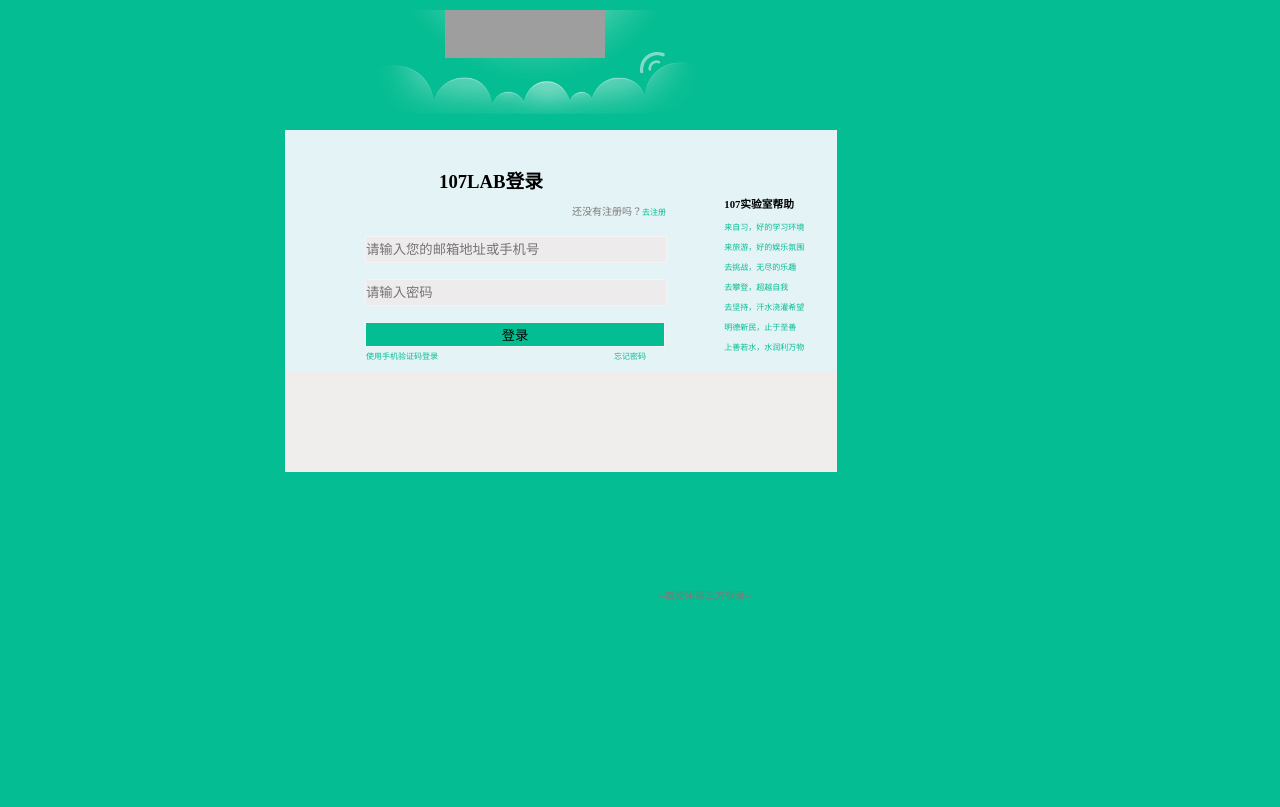
Repository: zz-yy/2023_homework
Page: 第一次考核作业/mazehua/index.html
An editor plug-in stored every save of this project. The page is shown before and after the next save, followed by the edit.
The browser window is 1280 px wide. The pictures show the whole page.
Pictures or frames that could not be fetched are drawn as grey boxes.

Above is the page before, as saved 2024-04-05 15:04:04.

### 第一次考核作业/mazehua/index.html
<!DOCTYPE html>
<html lang="en">

<head>
    <meta charset="UTF-8">
    <meta http-equiv="X-UA-Compatible" content="IE=edge">
    <meta name="viewport" content="width=device-width, initial-scale=1.0">
    <title>107LAB登录</title>
    <!--引入css样式表-->
    <link rel="stylesheet" href="index.css">
    <!--引入图标样式-->
    <link rel="stylesheet" href="./iconfont.css">

</head>

<body>

    <div class="logbj">
        <div class="logo"><img src="./images/logo.png"></div><br>
    </div>

    <div class="login">
        <ul class="left">
            <li>

                    <h3>107LAB登录</h3>
                    <span class="tishi">还没有注册吗？<a href="#">去注册</a></span>



                <form action="#">
                    <input type="text" placeholder="请输入您的邮箱地址或手机号" name="text"><br>
                    <input type="password" placeholder="请输入密码" name="psd"><br>
                    <input class="sub" type="submit" value="登录">
                </form>
                <div class="forget"><span class="L"><a href="#">使用手机验证码登录</a> </span> <span class="R"><a
                            href="#">忘记密码</a></span></div>
            </li>
        </ul>
        <ul class="right">
            <li>
                <h6>107实验室帮助</h6>
            </li>
            <li> <a href="#">来自习，好的学习环境</a></li>
            <li> <a href="#">来旅游，好的娱乐氛围</a></li>
            <li><a href="#">去挑战，无尽的乐趣</a></li>
            <li><a href="#">去攀登，超越自我</a></li>
            <li><a href="#">去坚持，汗水浇灌希望</a></li>
            <li><a href="#">明德新民，止于至善</a></li>
            <li><a href="#">上善若水，水润利万物</a></li>
        </ul>


    </div>
    <div class="third">
        <ul class="third-left">
            <li><span>--或使用第三方登录--</span></li>
            <li></li>
        </ul>
        <ul class="third-right"></ul>
    </div>

</body>

</html>

### 第一次考核作业/mazehua/index.css
* {
    margin: 0px;
    padding: 0px;
    user-select: none;
}

body {

    background: rgb(5, 189, 146);
    float: left;

}

.logbj {
    background-image: url(/images/bg_reg_wave.png);
    background-repeat: no-repeat;
    background-size: 500px;

    width: 550px;
    height: 100px;
    margin: 10px 50%;

    padding: 10px 10px;
}

.logo {
    height: 60px;
    width: 200px;
    margin: 10px 120px;

}

.logo img {
    width: 80%;
    height: 80%;
    position: relative;
    left: 30px;
    top: -20px;
}

.login {
    display: flex;
    height: 250px;
    width: 550px;
    margin: -10px 50%;
    padding: 1px;
    background: #e3f3f6;

}

h3 {
    text-align: center;

}

li {
    width: 90px;
    height: 10px;
    list-style: none;
    position: relative;
    margin: 10px;
}

a {
    text-decoration: none;

}

.tishi {
    float: right;
    font-size: 10px;
    color: #7e7979;
    margin: 10px 0px;
}

a {
    font-size: 8px;
    color: rgb(5, 189, 146);
}

.left {
    width: 400px;
    height: 220px;
    margin: 20px 10px;
    float: left;
    padding: 5px 10px;
}

.left li {
    width: 350px;
    height: 200px;
    margin: 10px 10px;
    float: left;
}

form {
    height: 140px;
    width: 330px;
    margin: 10px 40px;
    padding: 1px;


}

input {
    margin: 8px;
    width: 300px;
    height: 25px;
    outline-style: none;
    background: rgb(237, 235, 235);
    border: 1px solid rgb(245, 243, 243);
}

.sub {
    background: rgb(5, 189, 146);
}

.right {
    height: 220px;
    width: 120px;
    float: right;
    padding: 5px;
    margin: 50px 2.5px;
}

.forget {
    width: 280px;
    height: 20px;
    margin: -10px 50px;
}

.L {
    float: left;
}

.R {
    float: right;
}

.third {
    display: flex;
    width: 552px;
    height: 100px;
    background: rgb(240, 237, 237);
    position: relative;
    top: 0px;
    left: 50%;
    font-size: 10px;
    color: #7e7979;
    text-align: center;
}



.third-left {
    width: 400px;
    height: 80px;
    margin: 10px 10px;
    float: left;
    padding: 5px 10px;
}

.third-right {
    height: 80px;
    width: 120px;
    float: right;
    padding: 5px;
    margin: 10px 2.5px;
}
.third-left li{
    width: 400px;
    height: 10px;
    margin: 50% 50%;

}
.third span {
    text-align: center;
    width: 552px;
    height: 30px;
    padding: 10px;
}

### 第一次考核作业/mazehua/iconfont/iconfont.css
@font-face {
  font-family: "iconfont"; /* Project id  */
  src: url('iconfont.ttf?t=1712408906963') format('truetype');
}

.iconfont {
  font-family: "iconfont" !important;
  font-size: 16px;
  font-style: normal;
  -webkit-font-smoothing: antialiased;
  -moz-osx-font-smoothing: grayscale;
}

.icon-qq:before {
  content: "\e66a";
}

.icon-weixin:before {
  content: "\e633";
}

.icon-zhanghu:before {
  content: "\e62b";
}

.icon-weixin1:before {
  content: "\e64b";
}

.icon-qq-copy:before {
  content: "\e658";
}

.icon-QQ:before {
  content: "\e73e";
}

.icon-GitHub:before {
  content: "\ea0a";
}

.icon-Oracle:before {
  content: "\ea23";
}

.icon-QQ1:before {
  content: "\e882";
}

.icon-zaixianlianxi:before {
  content: "\e6a7";
}

.icon-QQkongjian:before {
  content: "\e666";
}

.icon-QQ2:before {
  content: "\e667";
}

.icon-search:before {
  content: "\e611";
}

.icon-qq1:before {
  content: "\e636";
}

.icon-weixin2:before {
  content: "\e782";
}

.icon-weixin3:before {
  content: "\e607";
}

.icon-QQ3:before {
  content: "\ea94";
}

After the next save:
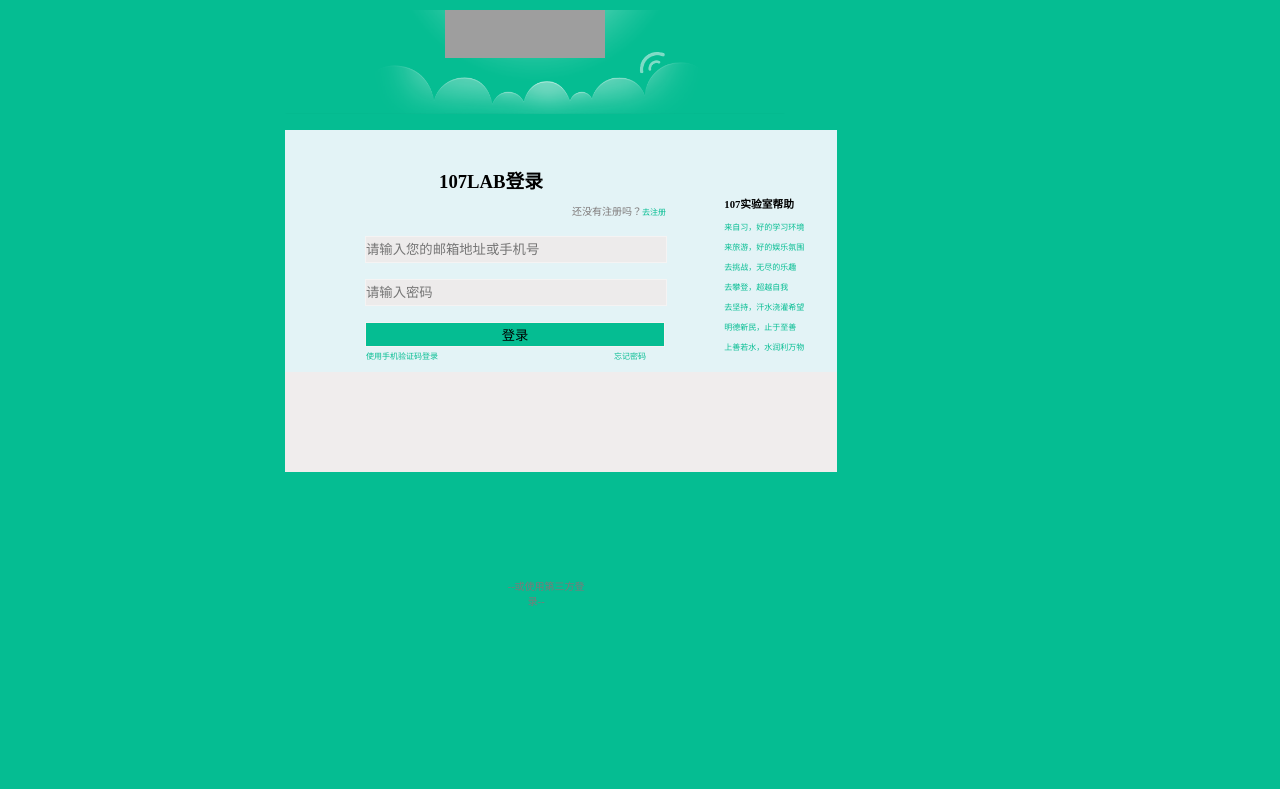
Saved 21 s later.
--- a/第一次考核作业/mazehua/index.css
+++ b/第一次考核作业/mazehua/index.css
@@ -168,8 +168,7 @@ input {
     margin: 10px 2.5px;
 }
 .third-left li{
-    width: 400px;
-    height: 10px;
+
     margin: 50% 50%;
 
 }
